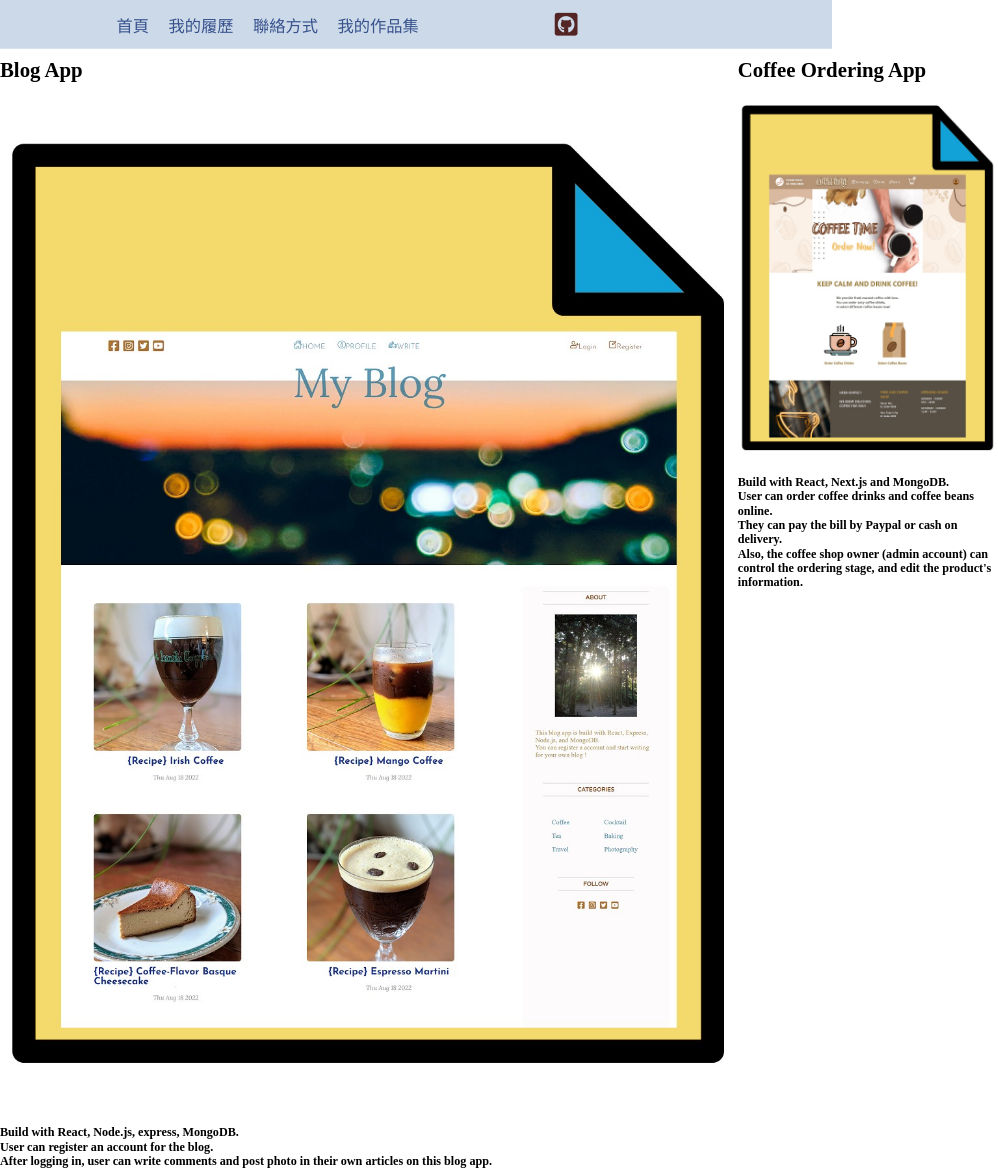
Repository: lcjyc/portfolio-website
Page: /portfolio
The author's editor kept a copy of each file at every save. The page is drawn from the files as they stood at one save, then again after the next save.
The browser window is 1280 px wide. The page is 1535 px wide, then 1280 px, so the pictures cover 1535 px, including what lies to the right of the window. The pictures show the whole page, at 65% of full size.
The project was rebuilt for these pictures with package versions that can differ from the ones it lists, and the page was loaded fresh each time. Also part of the build but not shown: src/pages/home/home.css, src/pages/home/Home.jsx, src/pages/resume/resume.css, src/pages/resume/Resume.jsx, src/pages/contact/contact.css, src/pages/contact/Contact.jsx.

Above is the page before, as saved 2022-08-21 11:29:46.

### public/index.html
<!DOCTYPE html>
<html lang="zh-tw">
  <head>
    <meta charset="utf-8" />
    <meta name="viewport" content="width=device-width, initial-scale=1" />
    <meta name="theme-color" content="#000000" />
    <meta
      name="description"
      content="Web site created using create-react-app"
    />
    <link
      href="https://fonts.googleapis.com/css2?family=Josefin+Sans:wght@100;200;300;400;500;600;700&family=Lora:ital@0;1&family=Varela&family=Varela+Round&display=swap"
      rel="stylesheet"
    />
    <link
      rel="stylesheet"
      href="https://cdnjs.cloudflare.com/ajax/libs/font-awesome/5.15.3/css/all.min.css"
      integrity="sha512-iBBXm8fW90+nuLcSKlbmrPcLa0OT92xO1BIsZ+ywDWZCvqsWgccV3gFoRBv0z+8dLJgyAHIhR35VZc2oM/gI1w=="
      crossorigin="anonymous"
    />
    <style>
      * {
        margin: 0;
      }
    </style>
    <style>
      .link {
        text-decoration: none;
        color: inherit;
      }
    </style>
    <title>Lesley Chen|Portfolio</title>
  </head>

  <body>
    <noscript>You need to enable JavaScript to run this app.</noscript>
    <div id="root"></div>
  </body>
</html>

### src/App.js
import TopBar from "./components/topbar/TopBar";
import Home from "./pages/home/Home";
import Resume from "./pages/resume/Resume";
import Contact from "./pages/contact/Contact";
import Portfolio from "./pages/portfolio/Portfolio";

import { BrowserRouter as Router, Routes, Route } from "react-router-dom";

function App() {
  return (
    <Router>
      <TopBar />
      <Routes>
        <Route path="/" element={<Home />} />
        <Route path="/resume" element={<Resume />} />
        <Route path="/contact" element={<Contact />} />
        <Route path="/portfolio" element={<Portfolio />} />
      </Routes>
    </Router>
  );
}

export default App;

### src/components/topbar/TopBar.jsx
import { Link } from "react-router-dom";
import "./topbar.css";

export default function TopBar() {
  return (
    <div className="top">
      <div className="topLeft">
        <ul className="topList">
          <li className="topListItem">
            <Link className="link" to="/">
              首頁
            </Link>
          </li>
          <li className="topListItem">
            <Link className="link" to="/resume">
              我的履歷
            </Link>
          </li>
          <li className="topListItem">
            <Link className="link" to="/contact">
              聯絡方式
            </Link>
          </li>
          <li className="topListItem">
            <Link className="link" to="/portfolio">
              我的作品集
            </Link>
          </li>
        </ul>
      </div>
      <div className="topRight">
        <a href="https://github.com/lcjyc/">
          <i className="topIcon fab fa-github-square"></i>
        </a>
      </div>
    </div>
  );
}

### src/pages/portfolio/Portfolio.jsx
import "./portfolio.css";
import blog from "../../images/blog.jpg";
import coffeeorder from "../../images/coffeeorder.jpg";

const portfolio = () => {
  return (
    <div className="portfolio">
      <div className="left">
        <a
          href="https://lesleyblog.herokuapp.com/"
          target="_blank"
          rel="noopener noreferrer"
          className="link"
        >
          <h1 className="app">Blog App</h1>
        </a>
        <img src={blog} alt="" className="img" />
        <div className="desc">
          <h3>
            Build with React, Node.js, express, MongoDB.
            <br />
            User can register an account for the blog.
            <br />
            After logging in, user can write comments and post photo in their
            own articles on this blog app.
            <br />
          </h3>
        </div>
      </div>
      <div className="right">
        <a
          href="https://coffee-ordering.vercel.app/"
          target="_blank"
          rel="noopener noreferrer"
          className="link"
        >
          <h1 className="app">Coffee Ordering App</h1>
        </a>
        <img src={coffeeorder} alt="" className="img" />
        <div className="desc">
          <h3>
            Build with React, Next.js and MongoDB.
            <br />
            User can order coffee drinks and coffee beans online.
            <br />
            They can pay the bill by Paypal or cash on delivery.
            <br />
            Also, the coffee shop owner (admin account) can control the ordering
            stage, and edit the product's information.
          </h3>
        </div>
      </div>
    </div>
  );
};

export default portfolio;

### src/components/topbar/topbar.css
.top {
  width: 100%;
  height: 6vh;
  background-color: rgb(154, 179, 210, 0.5);
  position: sticky;
  top: 0;
  padding: 1rem 0rem;
  display: flex;
  align-items: center;
  z-index: 999;
}

.topLeft {
  flex: 6;
  display: flex;
  align-items: center;
  justify-content: center;
}

.topRight {
  flex: 3;
  display: flex;
}

.topIcon {
  font-size: 40px;
  margin-right: 10px;
  color: rgb(83, 37, 37);
  cursor: pointer;
}

.topImg {
  width: 40px;
  height: 40px;
  border-radius: 50%;
  object-fit: cover;
  cursor: pointer;
}

.topList {
  display: flex;
  justify-content: center;
  margin: 0;
  padding: 0;
  list-style: none;
}

.topListItem {
  margin-right: 30px;
  font-size: 25px;
  color: rgb(55, 82, 141);
  cursor: pointer;
}

.topListItem :hover {
  color: white;
}

### src/pages/portfolio/portfolio.css
.portfolio {
  display: flex;
  height: 87vh;
  width: 100%;
  padding-top: 2vh;
}

.right > img {
  height: 600px;
  width: 400px;
}

Loaded but not shown: src/index.js (common file)

After the next save:
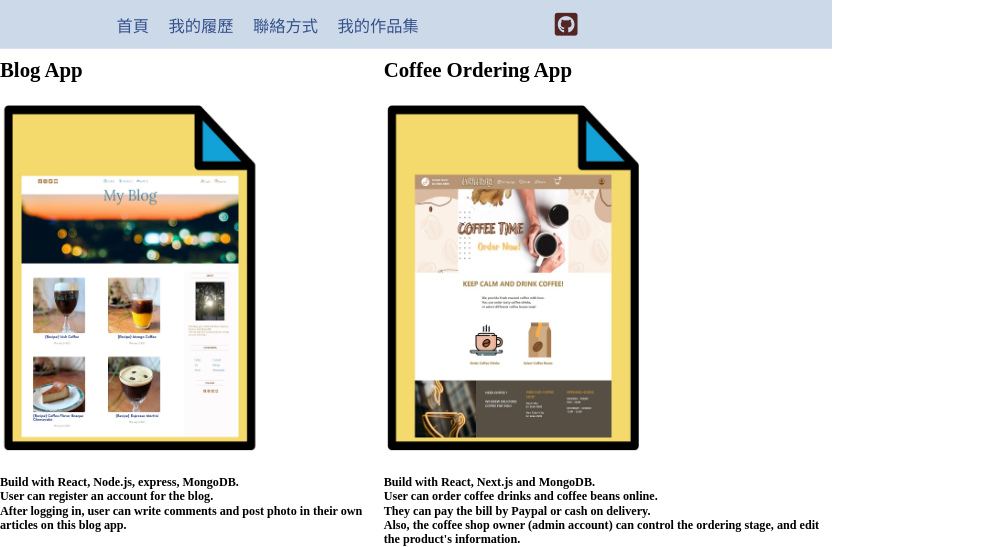
Saved 16 s later.
--- a/src/pages/portfolio/portfolio.css
+++ b/src/pages/portfolio/portfolio.css
@@ -5,6 +5,11 @@
   padding-top: 2vh;
 }
 
+.left > img {
+  height: 600px;
+  width: 400px;
+}
+
 .right > img {
   height: 600px;
   width: 400px;
